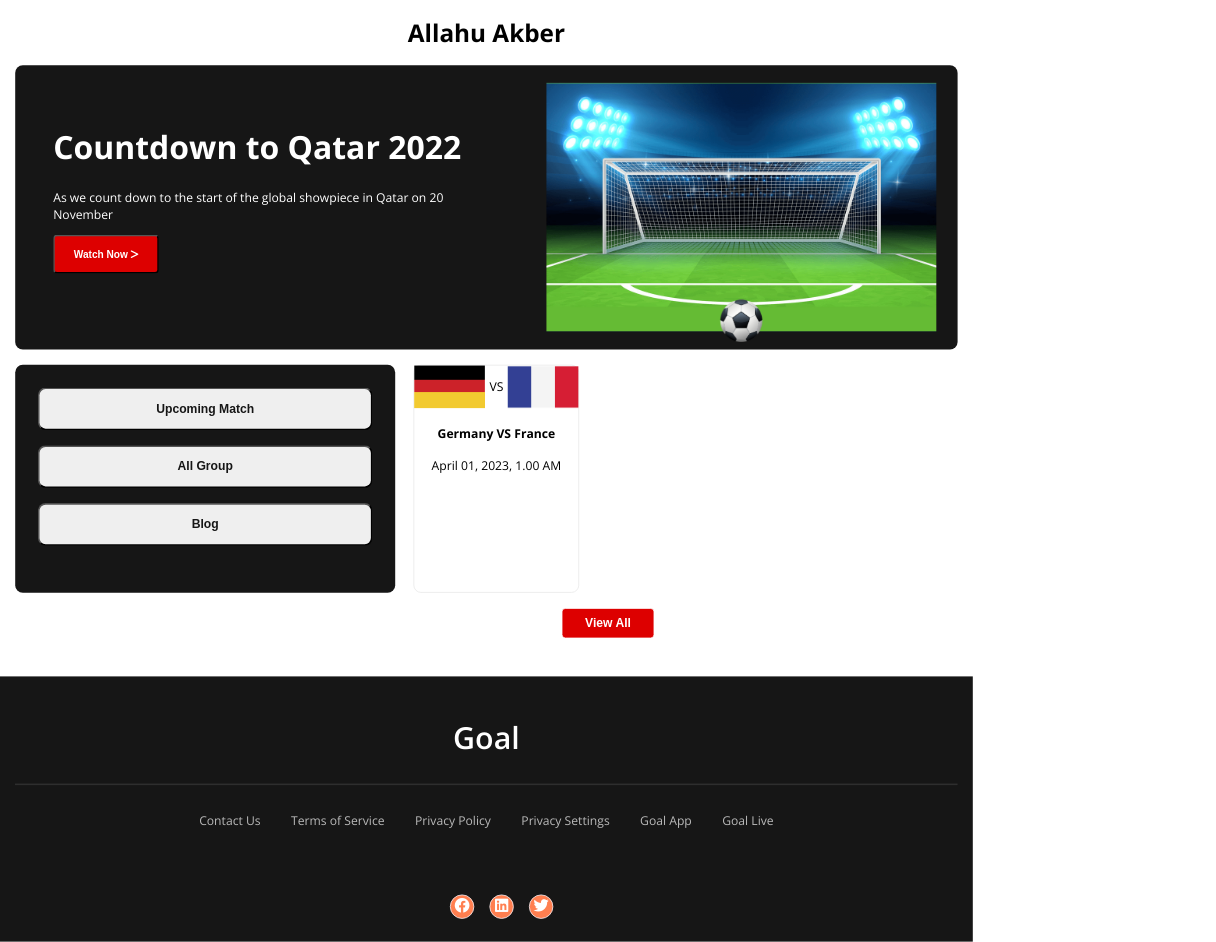
Repository: zjria/Qatar-world-cup
Page: match.html
These files come from the project's save history. The page is drawn as it stood at one moment and after the next save; the edit follows.
The browser window is 1280 px wide. The page is 1600 px wide, so the pictures cover 1600 px, including what lies to the right of the window. The pictures show the whole page, at 76% of full size.

Above is the page before, as saved 2022-09-10 10:19:40.

### match.html
<!DOCTYPE html>
<html lang="en">

<head>
    <meta charset="UTF-8">
    <meta http-equiv="X-UA-Compatible" content="IE=edge">
    <meta name="viewport" content="width=device-width, initial-scale=1.0">
    <title>QATAR WORLD CUP</title>
    <!-- Font Awesome CDN Link -->
    <link rel="stylesheet" href="https://cdnjs.cloudflare.com/ajax/libs/font-awesome/6.2.0/css/all.min.css"
        integrity="sha512-xh6O/CkQoPOWDdYTDqeRdPCVd1SpvCA9XXcUnZS2FmJNp1coAFzvtCN9BmamE+4aHK8yyUHUSCcJHgXloTyT2A=="
        crossorigin="anonymous" referrerpolicy="no-referrer" />
    <!-- Font Awesome CDN Link -->
    <link rel="stylesheet" href="https://cdnjs.cloudflare.com/ajax/libs/font-awesome/6.2.0/css/all.min.css"
        integrity="sha512-xh6O/CkQoPOWDdYTDqeRdPCVd1SpvCA9XXcUnZS2FmJNp1coAFzvtCN9BmamE+4aHK8yyUHUSCcJHgXloTyT2A=="
        crossorigin="anonymous" referrerpolicy="no-referrer" />
    <!-- Custom CSS -->
    <link rel="stylesheet" href="style.css">

</head>

<body>
    <h1 style="text-align:center;">Allahu Akber</h1>


    <!-- Header Section -->
    <header class="header-container">

        <div class="header-text">
            <h1>Countdown to Qatar 2022</h1>
            <p>As we count down to the start of the global showpiece in Qatar on 20 November</p>
            <button>Watch Now <i class="fa-solid fa-greater-than"></i> </button>
        </div>

        <div class="header-img">
            <marquee behavior="alternate" scrollamount="0" direction="">
                <marquee behavior="alternate" scrollamount="0" direction="">
                    <img src="images/Ball.png" class="ball" alt="">
                </marquee>

            </marquee>

        </div>


    </header>


    <!-- Nav Section start HTML -->
    <div class="nav-container">
        <nav class="nav-section">
            <div class="all-button">
                <button><a href="#">Upcoming Match</a></button>
                <button><a href="#">All Group</a></button>
                <button><a href="#">Blog</a></button>
            </div>
        </nav>

        <!-- Main Section Start HTML  -->
        <main class="main-section">

            <div class="transfer">
                <div class="match-vs">
                    <img src="images/germany Flag.png" alt=""> <span>VS</span>
                    <img src="images/Flag.png" alt="">
                </div>
                <div class="match-text">
                    <h4>Germany VS France </h4>
                    <p>April 01, 2023, 1.00 AM</p>
                </div>
            </div>


        </main>
    </div>

    <!-- Only Table -->
    <div class="view-all">
        <Button>View All</Button>
    </div>

    <!-- Footer Section start -->
    <div class="footer-container">
        <div class="footer">
            <h2>Goal</h2>
            <hr>
            <div class="footer-text">
                <ul>
                    <li>Contact Us</li>
                    <li>Terms of Service</li>
                    <li>Privacy Policy</li>
                    <li>Privacy Settings</li>
                    <li>Goal App</li>
                    <li>Goal Live</li>
                </ul>
            </div>
        </div>
        <!-- Social Icons start -->
        <div class="social-icons">
            <ul>
                <li><a href="https://web.facebook.com/profile.php?id=100010388645936"><i
                            class="fa-brands fa-facebook"></i></a></li>
                <li><a href="https://www.linkedin.com/in/web-developer-zj/"><i class="fa-brands fa-linkedin"></i></a>
                </li>
                <li><a href="https://twitter.com/webdeveloper_zj"><i class="fa-brands fa-twitter"></i></a></li>
            </ul>
        </div>
    </div>
</body>

</html>

### style.css
/* Google Fonts Link */
@import url('https://fonts.googleapis.com/css2?family=Open+Sans:wght@300;400;500;600;700&family=Poppins:wght@500&family=Roboto:wght@100;300;400;500;700;900&display=swap');

body {
    font-family: 'Open Sans', sans-serif;
    margin: 0%;
    padding: 0%;
    background-color: white;
}

/* Header Section */

.header-container {
    display: flex;
    border-radius: 10px;
    margin-bottom: 130px;
    margin: 20px;
    background: #161616;
}

.header-container .header-text {
    color: #FFFFFF;
    padding: 50px;
    width: 50%;

}

.header-container .header-text h1 {
    font-size: 42px;
    bottom: 20px;
}

.header-container .header-text p {
    font-size: 16px;
}

.header-container .header-text button {
    background: #DD0000;
    border-radius: 5px;
    padding: 16px 25px;
    color: white;
    font-weight: 700;
}

.header-img {
    background: url(images/goal-bar.png);
    background-repeat: no-repeat;
    background-position: center;
    background-size: 90%;
    width: 50%;
}

.header-img .ball {
    justify-content: center;
    align-items: center;
    margin: 0 auto;
    display: flex;
    margin-top: 54%;
}

.header-img img {
    width: 10%;
}

.ball {
    transition: transform 0.3s ease-out;
}

.header-img:hover .ball {
    transform: rotate(90deg);
    transform: translate(280px, -50%);
    padding-top: -60px;
    transform: scale(0.5) translate(-100%, -100%) rotate(0.5turn);

}


/* Nav Section Start */

.nav-container {
    display: flex;
    margin: 20px;
}

.nav-section {
    background: #161616;
    border-radius: 10px;
    margin-right: 24px;
    width: 500px;
    height: 300px;
}

.all-button {
    display: flex;
    flex-direction: column;
    margin: 30px 30px 0px 30px;
}

.all-button button {
    padding: 17px;
    margin-bottom: 20px;
    border-radius: 10px;
    font-weight: 700;
    font-size: 16px;
}

.all-button button a {
    text-decoration: none;
    color: #161616;
}

.all-button button:hover {
    background-color: #DD0000;
    color: white;
}

/* Main Section */
.main-section {
    display: grid;
    grid-template-columns: repeat(3, 1fr);
    grid-column-gap: 24px;
    grid-row-gap: 24px;
}

.transfer {
    border: 1px solid #E8E8E8;
    border-radius: 10px;
}

.transfer .match-vs {
    display: flex;
    justify-content: center;
    align-items: center;
    text-align: center;
}

.transfer .match-text {
    justify-content: center;
    align-items: center;
    text-align: center;
}

.transfer span {
    padding: 0 5px;
}

.button-text {
    padding: 20px;
}

.button-text button {
    padding: 5px 20px;
    border: 1px solid;
    border-radius: 5px;
    font-size: 16px;
    background-color: white;
}

.button-text p {
    font-size: 18px;
    font-weight: 600;
}

.transfer img {
    width: 100%;
}

.container .nav-section {
    width: 312px;
}

.icons {
    display: flex;
    color: rgba(22, 22, 22, 0.7);
    font-size: 16px;
}

.icons p {
    margin-right: 40px;
}

/* Only Table */
.view-all {
    display: flex;
    justify-content: center;
    margin: 0 auto;
    margin-right: -25%;
}

.view-all button {
    padding: 10px 30px;
    border: 1px solid;
    border-radius: 5px;
    font-size: 16px;
    color: white;
    background-color: #DD0000;
    font-weight: 700;
}



/* Footer Container style start */
.footer-container {
    width: 100%;
    background: #161616;
    margin-top: 50px;
}

.footer hr {
    border: 1px solid rgba(255, 255, 255, 0.1);

}

.footer {
    text-align: center;
    justify-content: center;
    align-items: center;
    margin: 0 auto;
    padding: 20px 0px;
}

.footer hr {
    margin: 0px 20px;
}

.footer-container h2 {
    color: #FFFFFF;
    font-weight: 600;
    font-size: 40px;

}

.footer-container .footer-text {
    color: #FFFFFF;
    text-align: center;
    justify-content: center;
    align-items: center;

}

.footer-container .footer-text ul {
    display: flex;
    text-align: center;
    justify-content: center;
    align-items: center;
    /* margin: 0px 20px; */
    padding: 0px;
}

.footer-container .footer-text ul li {
    text-decoration: none;
    list-style: none;
    margin: 20px 20px;
    color: #B9B9B9;
    font-size: 16px;
}

/* Social Icons style start */
.social-icons {
    color: white;
    font-size: 20px;
    margin: 0 auto;
    text-align: center;
    justify-content: center;
    align-items: center;
    display: flex;
}

.social-icons ul {
    display: flex;
}

.social-icons ul li {
    background-color: coral;
    border-radius: 50%;
    width: 30px;
    height: 30px;
    border: 1px solid ghostwhite;
    list-style: none;
    margin: 10px;

}

.social-icons ul li a {
    color: white;
}

After the next save:
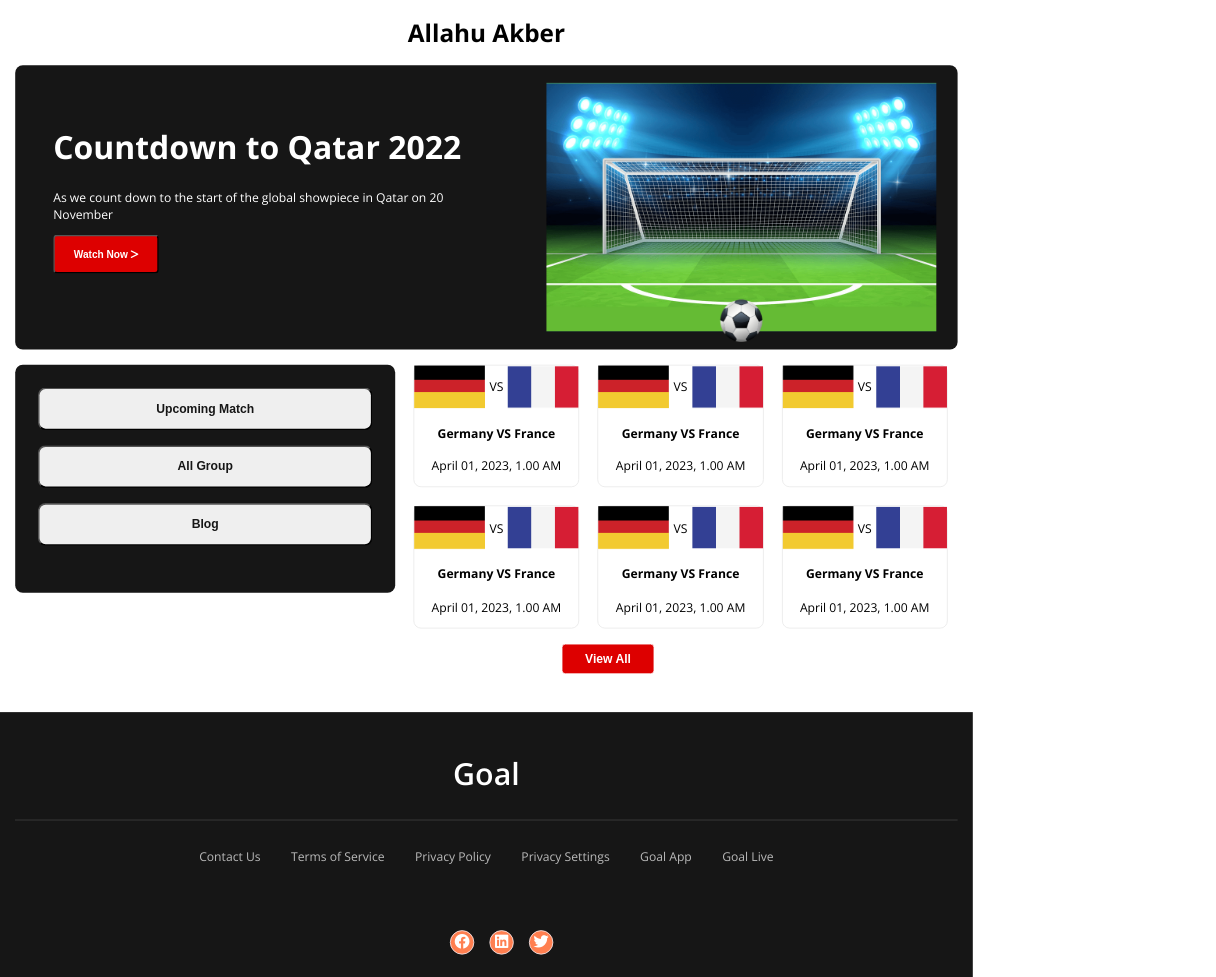
Saved 9 s later.
--- a/match.html
+++ b/match.html
@@ -69,6 +69,56 @@
                     <p>April 01, 2023, 1.00 AM</p>
                 </div>
             </div>
+            <div class="transfer">
+                <div class="match-vs">
+                    <img src="images/germany Flag.png" alt=""> <span>VS</span>
+                    <img src="images/Flag.png" alt="">
+                </div>
+                <div class="match-text">
+                    <h4>Germany VS France </h4>
+                    <p>April 01, 2023, 1.00 AM</p>
+                </div>
+            </div>
+            <div class="transfer">
+                <div class="match-vs">
+                    <img src="images/germany Flag.png" alt=""> <span>VS</span>
+                    <img src="images/Flag.png" alt="">
+                </div>
+                <div class="match-text">
+                    <h4>Germany VS France </h4>
+                    <p>April 01, 2023, 1.00 AM</p>
+                </div>
+            </div>
+            <div class="transfer">
+                <div class="match-vs">
+                    <img src="images/germany Flag.png" alt=""> <span>VS</span>
+                    <img src="images/Flag.png" alt="">
+                </div>
+                <div class="match-text">
+                    <h4>Germany VS France </h4>
+                    <p>April 01, 2023, 1.00 AM</p>
+                </div>
+            </div>
+            <div class="transfer">
+                <div class="match-vs">
+                    <img src="images/germany Flag.png" alt=""> <span>VS</span>
+                    <img src="images/Flag.png" alt="">
+                </div>
+                <div class="match-text">
+                    <h4>Germany VS France </h4>
+                    <p>April 01, 2023, 1.00 AM</p>
+                </div>
+            </div>
+            <div class="transfer">
+                <div class="match-vs">
+                    <img src="images/germany Flag.png" alt=""> <span>VS</span>
+                    <img src="images/Flag.png" alt="">
+                </div>
+                <div class="match-text">
+                    <h4>Germany VS France </h4>
+                    <p>April 01, 2023, 1.00 AM</p>
+                </div>
+            </div>
 
 
         </main>

After the save that followed:
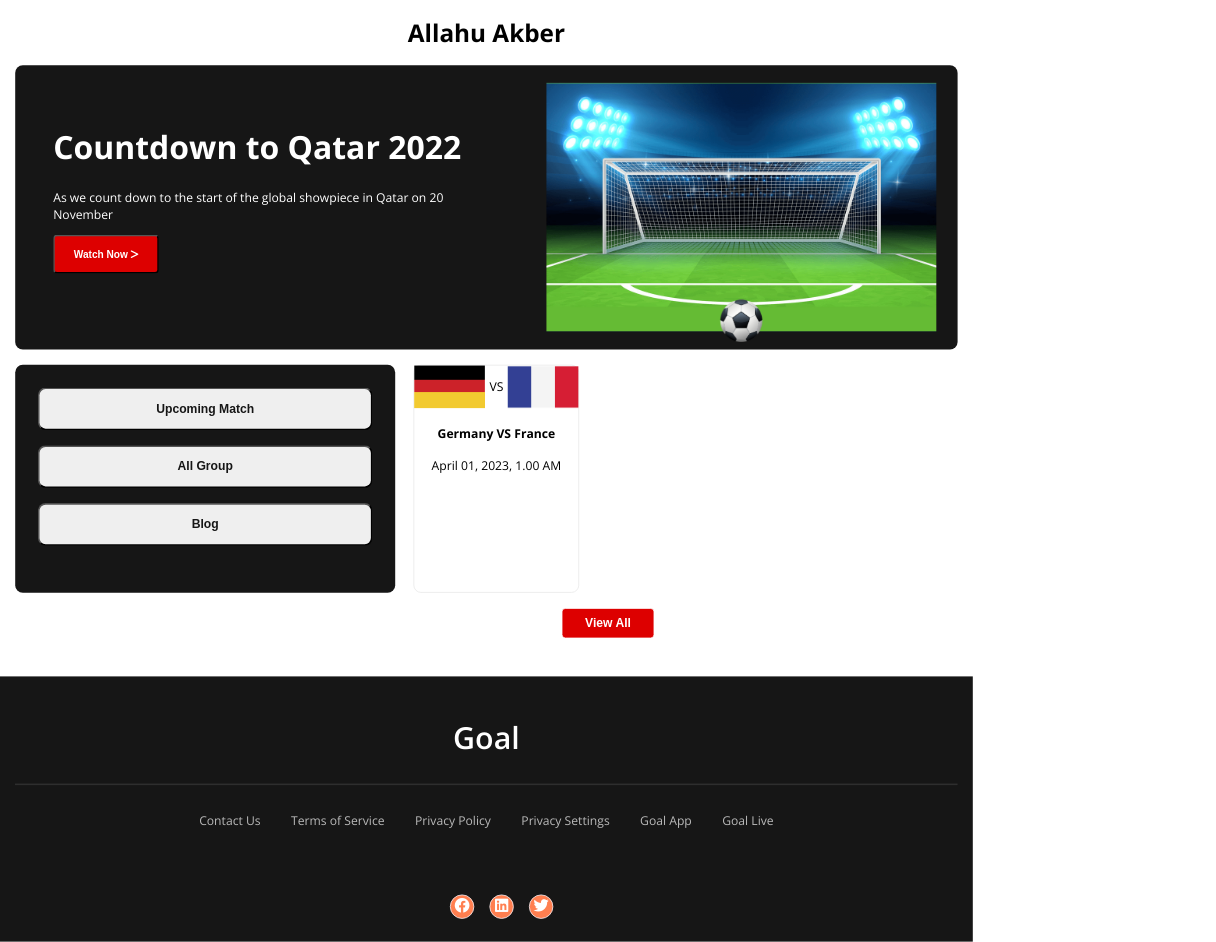
Saved 32 s later.
--- a/match.html
+++ b/match.html
@@ -69,56 +69,6 @@
                     <p>April 01, 2023, 1.00 AM</p>
                 </div>
             </div>
-            <div class="transfer">
-                <div class="match-vs">
-                    <img src="images/germany Flag.png" alt=""> <span>VS</span>
-                    <img src="images/Flag.png" alt="">
-                </div>
-                <div class="match-text">
-                    <h4>Germany VS France </h4>
-                    <p>April 01, 2023, 1.00 AM</p>
-                </div>
-            </div>
-            <div class="transfer">
-                <div class="match-vs">
-                    <img src="images/germany Flag.png" alt=""> <span>VS</span>
-                    <img src="images/Flag.png" alt="">
-                </div>
-                <div class="match-text">
-                    <h4>Germany VS France </h4>
-                    <p>April 01, 2023, 1.00 AM</p>
-                </div>
-            </div>
-            <div class="transfer">
-                <div class="match-vs">
-                    <img src="images/germany Flag.png" alt=""> <span>VS</span>
-                    <img src="images/Flag.png" alt="">
-                </div>
-                <div class="match-text">
-                    <h4>Germany VS France </h4>
-                    <p>April 01, 2023, 1.00 AM</p>
-                </div>
-            </div>
-            <div class="transfer">
-                <div class="match-vs">
-                    <img src="images/germany Flag.png" alt=""> <span>VS</span>
-                    <img src="images/Flag.png" alt="">
-                </div>
-                <div class="match-text">
-                    <h4>Germany VS France </h4>
-                    <p>April 01, 2023, 1.00 AM</p>
-                </div>
-            </div>
-            <div class="transfer">
-                <div class="match-vs">
-                    <img src="images/germany Flag.png" alt=""> <span>VS</span>
-                    <img src="images/Flag.png" alt="">
-                </div>
-                <div class="match-text">
-                    <h4>Germany VS France </h4>
-                    <p>April 01, 2023, 1.00 AM</p>
-                </div>
-            </div>
 
 
         </main>
